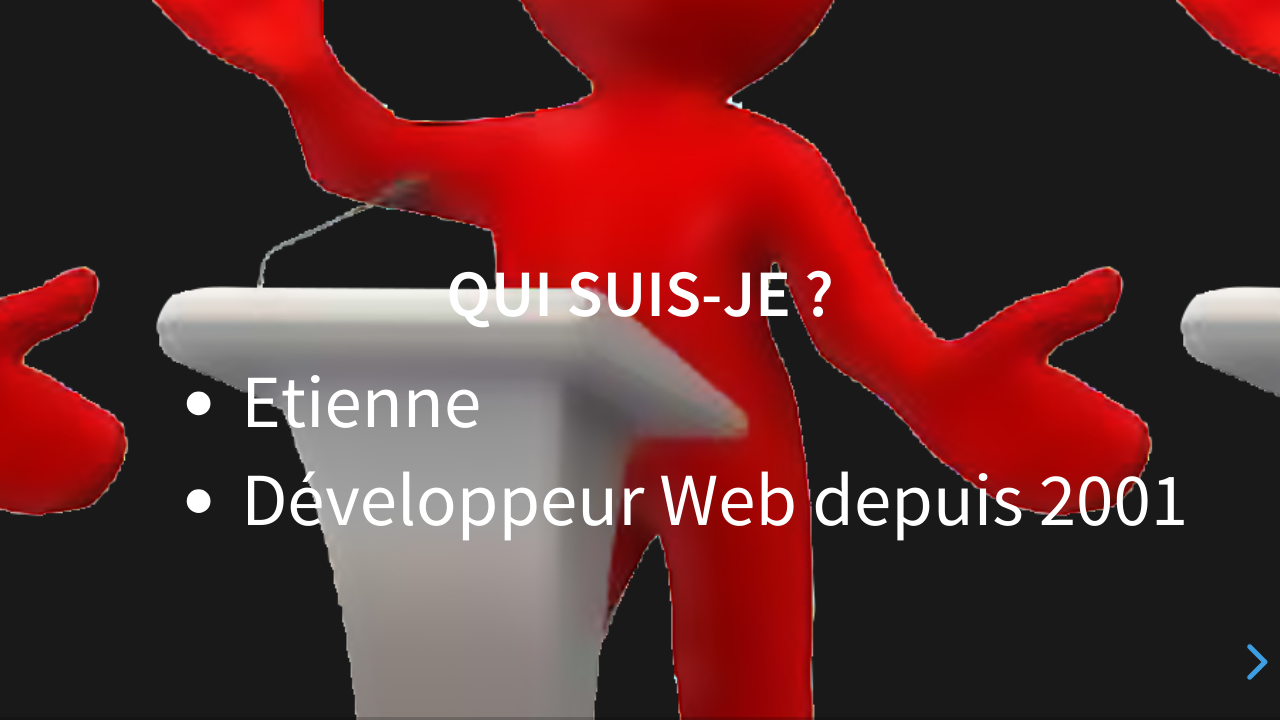
Repository: cutesquirrel/pres-college
Page: index.html
An editor plug-in stored every save of this project. The page is shown before and after the next save, followed by the edit.
The browser window is 1280 px wide. The pictures show the whole page.

Above is the page before, as saved 2024-03-31 10:38:26.

After the next save:
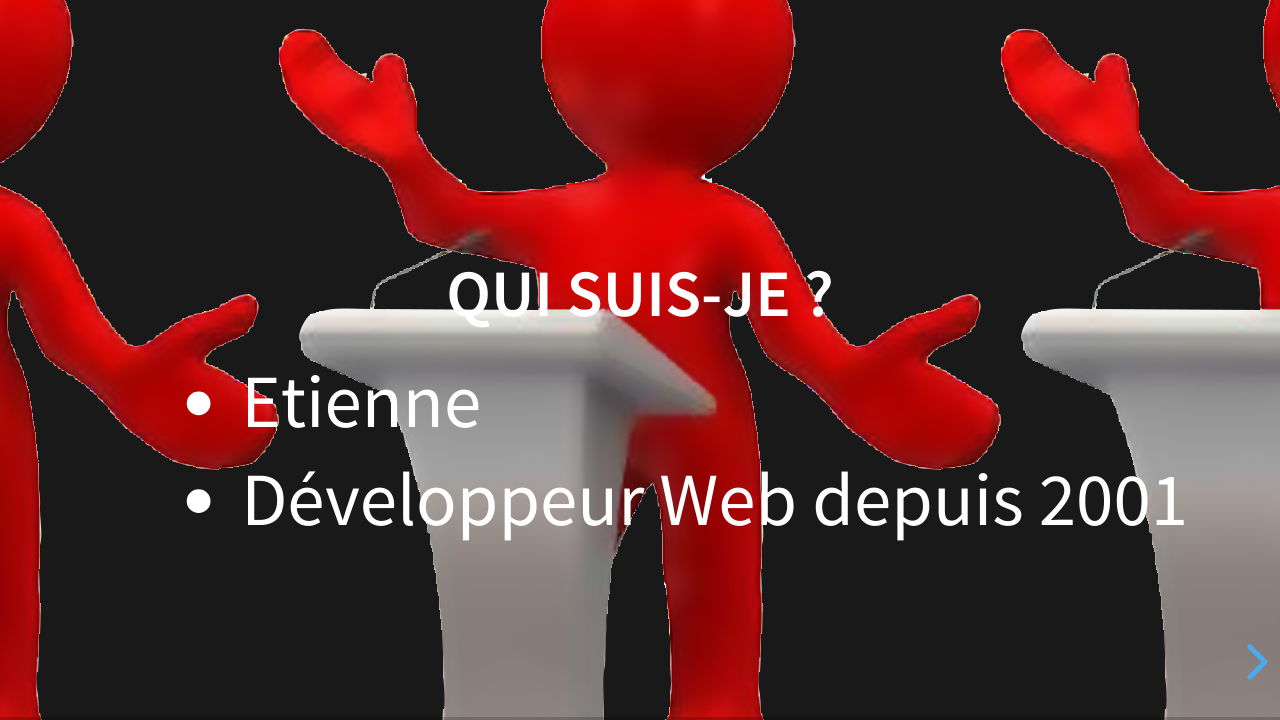
Saved 11 s later.
--- a/index.html
+++ b/index.html
@@ -16,7 +16,7 @@
 	<body>
 		<div class="reveal">
 			<div class="slides">
-				<section data-background-image="./whoami.png" data-background-size="1024px" data-background-repeat="repeat">
+				<section data-background-image="./whoami.png" data-background-size="722px" data-background-repeat="repeat">
 					<h2>Qui suis-je ?</h2>
 					<ul class="r-fit-text" >
 						<li>Etienne</li>
